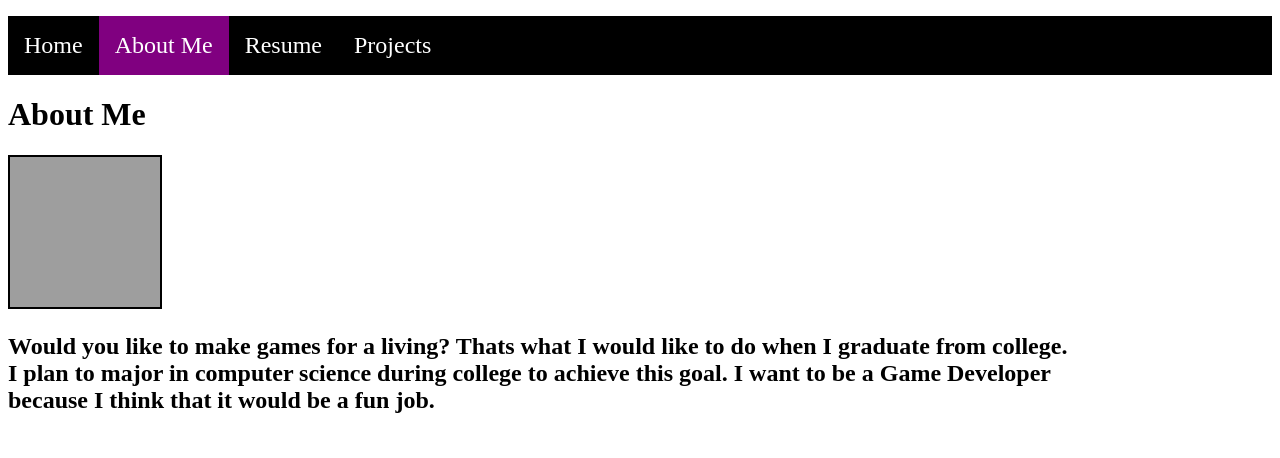
Repository: Artlepop/Artlepop.github.io
Page: aboutme.html
The author's editor kept a record of every edit. The page is drawn from the files as they stood at one moment, then again after the next edit.
The browser window is 1280 px wide. The pictures show the whole page.
Pictures or frames that could not be fetched are drawn as grey boxes.

Above is the page before.

After the next edit:
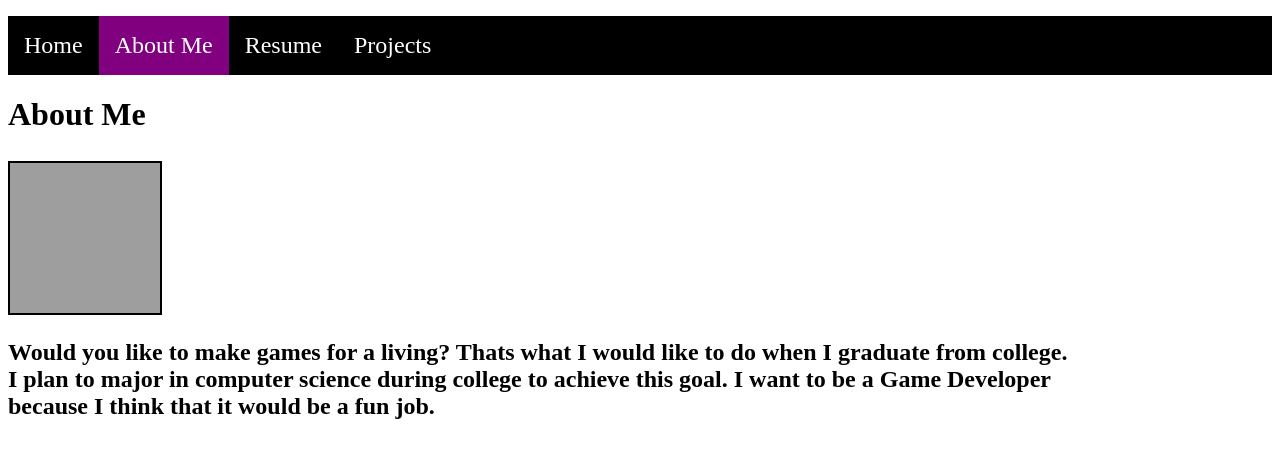
The edit:
--- a/aboutme.html
+++ b/aboutme.html
@@ -31,6 +31,11 @@
       </li>
     </ul>
     <h1>About Me</h1>
+    <table>
+      <tr>
+        <td></td>
+      </tr>
+    </table>
     <img class = "aboutimg" src = "https://www.gormankelly.com.au/wp-content/uploads/2019/03/Placeholder-Team-Image.jpg">
     <h2 class = "firstparagraph"> Would you like to make games for a living? Thats what I would like to do
     when I graduate from college. I plan to major in computer science during college to achieve this goal. I want to be a Game Developer because I think that it would be a fun job.</h2>
